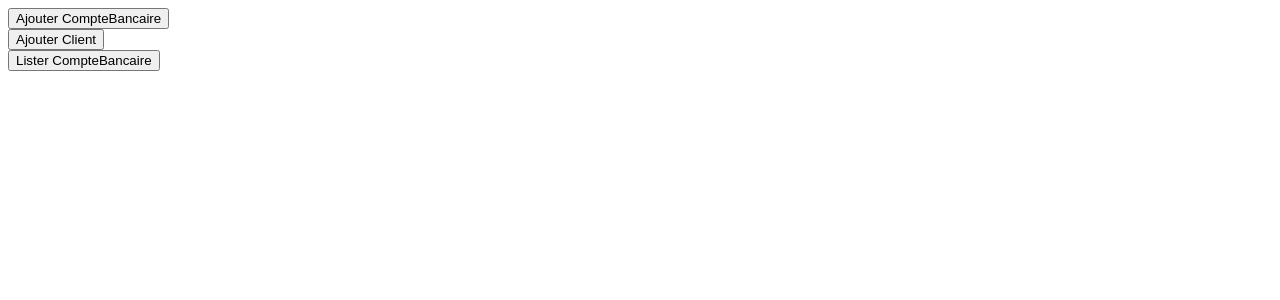
Repository: SyllAbabacar/workspace
Page: GestionBancaireWEB/WebContent/Accueil.html
The author's editor kept a copy of each file at every save. The page is drawn from the files as they stood at one save, then again after the next save.
The browser window is 1280 px wide. The pictures show the whole page.

Above is the page before, as saved 2015-12-09 17:34:21.

After the next save:
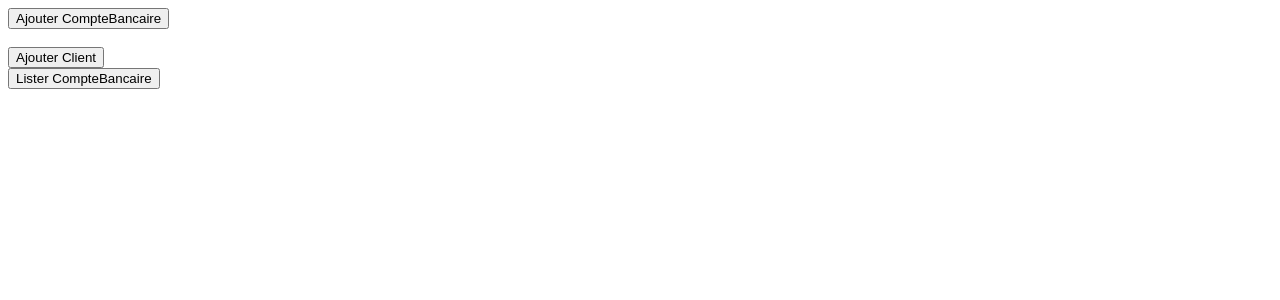
Saved 107 s later.
--- a/GestionBancaireWEB/WebContent/Accueil.html
+++ b/GestionBancaireWEB/WebContent/Accueil.html
@@ -5,7 +5,7 @@
 <title>Insert title here</title>
 </head>
 <body>
-<a href="ServiceCompteBancaire"><button value="Ajouter CompteBancaire">Ajouter CompteBancaire</button></a> <br/>
+<form action="ServiceCompteBancaire" method="post" ><input type="submit"  value="Ajouter CompteBancaire" /></form> <br/>
 <a href="ajoutcb.jsp"><button value="Ajouter CompteBancaire">Ajouter Client</button></a> <br/>
 <form action="ServiceServelet" method="post"><input type="submit"  value="Lister CompteBancaire" /></form>
 </body>
